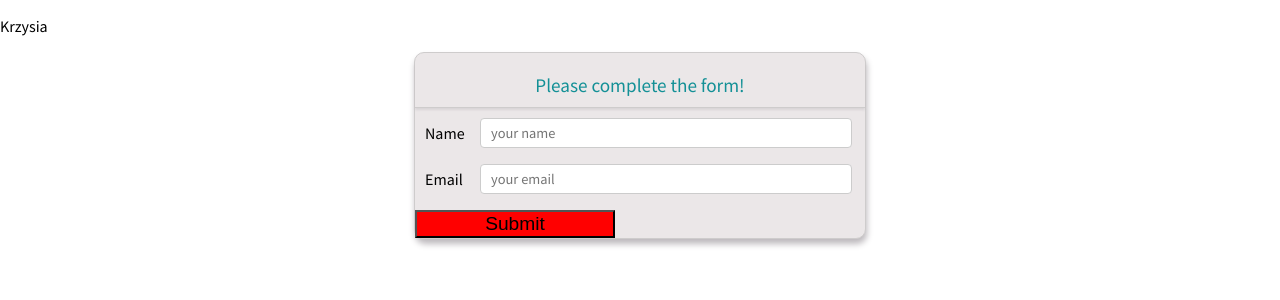
Repository: KrzysKolo/sr_tydzien4_zad2
Page: /
An editor plug-in stored every save of this project. The page is shown before and after the next save, followed by the edit.
The browser window is 1280 px wide. The pictures show the whole page.
The project was rebuilt for these pictures with package versions that can differ from the ones it lists, and the page was loaded fresh each time. Also part of the build but not shown: src/components/formComponents/ErrorMessage.js.

Above is the page before, as saved 2020-11-27 16:59:21.

### src/index.css
@import url("https://fonts.googleapis.com/css?family=Source+Sans+Pro");
body {
  margin: 0;
  font-family: "Source Sans Pro", sans-serif;
}

code {
  font-family: source-code-pro, Menlo, Monaco, Consolas, "Courier New",
    monospace;
}

### src/App.js
import React from 'react'
import Form from './components/Form';

function App() {
  return (
    <div>
      <p>Krzysia</p>
      <Form />
    </div>
  )
}

export default App

### src/components/Form.js
import React, { Component } from 'react';
import Input from './formComponents/Input';
import Button from './formComponents/Button';
import Header from './formComponents/Header';
import styled from 'styled-components';

const ContainerForm = styled.form`
width: 80%;
max-width: 450px;
background: rgb(235, 231, 232);
border: 1px solid rgb(206, 204, 204);
border-radius: 10px;
box-shadow: 1px 5px 6px rgb(189, 185, 189);
margin: 0 auto;
`;

class Form extends Component {

state = {
    Name: '',
    Email: '',
    message: '',
    errors: {
        Name: false,
        Email: false,
        }
}
message = {
    Name_incorrect: "Nazwa musi być dłuższa niż 5 znaków i nie może zawierać spacji",
    Email_incorrect: "Brak @ lub adres zawiera spacje",
}

handleChange = e =>{
    const inputName = e.target.name;
    const type = e.target.type
    if(type === "text" || type === "email") {
        const value = e.target.value;
        this.setState({
            [inputName] : value,
        })
    }
}
onSubmit = e => {
    e.preventDefault();
    const validation = this.formValidation();
    if(validation.correct) {
      this.setState({
        Name: "",
        Email: "",
        message: "Formularz został wysłany",
        errors: {
          Name: false,
          Email: false,
        }
      })
      console.log(this.state.message);
    } else {
      this.setState({
        errors: {
          Name: !validation.Name,
          Email: !validation.Email,
        }
      })
    }
}

formValidation = () => {
    let Name = false;
    let Email = false;
    let correct = false;
    if(this.state.Name.length > 5) {
      Name = true;
    }
    if(this.state.Email.indexOf('@') !== -1 && this.state.Email.lastIndexOf(' ') === -1) {
      Email = true;
    }
    if (Name && Email){
        correct = true;
      }
   return ({
      Name,
      Email,
      correct,

    })

  }

    render () {

    return (
        <ContainerForm onSubmit={this.onSubmit} noValidate>
          <Header />
          <Input type="text" placeholder="your name" value={this.state.Name} name="Name" onChange={this.handleChange} errorInfo={this.state.errors.Name} message={this.message.Name_incorrect} />
          <Input type="email" placeholder="your email" value={this.state.Email} name="Email" onChange={this.handleChange} errorInfo={this.state.errors.Email} message={this.message.Email_incorrect} />
          <Button type="submit" />
          {this.state.message && <p>{this.state.message}</p>}
        </ContainerForm>
    )
    }
}

export default Form

### src/components/formComponents/Input.js
import React from 'react'
import styled from 'styled-components';
import ErrorMessage from './ErrorMessage';
const InputDiv = styled.div`
    display: flex;
    flex-direction: row;
    align-content: center;
    margin: 6px auto;
`;
const InputLabel = styled.label`
    width: 10%;
    font-size: 1rem;
    padding: 5px 10px;
`;
const inputStyles = errorInfo => `
    width: 80%;
    max-width: 350px;
    padding: 5px 10px;
    border: 1px solid ${errorInfo ? '#d3170d' : '#ccc'};
    border-radius: 4px;
    font-family: inherit;
    font-size: 0.9rem;
    ${!errorInfo && 'margin-bottom: 10px;'}
`;
const InputError = styled.input`
    ${props => inputStyles(props.errorInfo)}
`;

const Input = (props) => {
    const { name, message, errorInfo }= props;
    return (
        <>
            <InputDiv>
                <InputLabel>{name} </InputLabel>
                <InputError {...props} errorInfo={errorInfo} message={message}/>
            </InputDiv>
            {errorInfo && <ErrorMessage message={message} /> }
        </>
    )

}

export default Input

### src/components/formComponents/Button.js
import React from 'react'
import styled from 'styled-components';

const BtnSubmit = styled.button`
 width: 200px;
 background: red;
 font-size: 1.2rem;
`;

const Button = () => {
    return (
        <BtnSubmit>Submit</BtnSubmit>
    )
}

export default Button;

### src/components/formComponents/Header.js
import React from 'react';
import styled from 'styled-components';

const HeaderTitle = styled.header`
    border-bottom: 1px solid rgb(206, 204, 204);
    box-shadow: 0 2px 2px rgba(189, 185, 189, 0.4);
    color: rgb(19, 144, 150);
    font-size: 1.2rem;
    font-wight: 900;
    padding: 10px;
    margin: 10px auto;
    text-align: center;

`;

const Header = () => {
    return (
        <HeaderTitle>
            Please complete the form!
        </HeaderTitle>
    )
}

export default Header;

Loaded but not shown: public/index.html (common file); src/index.js (common file)

After the next save:
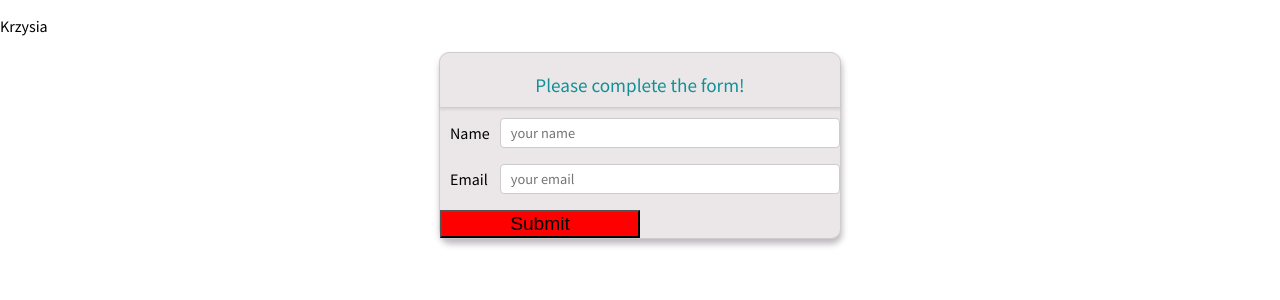
Saved 55 s later.
--- a/src/components/Form.js
+++ b/src/components/Form.js
@@ -6,7 +6,7 @@ import styled from 'styled-components';
 
 const ContainerForm = styled.form`
 width: 80%;
-max-width: 450px;
+max-width: 400px;
 background: rgb(235, 231, 232);
 border: 1px solid rgb(206, 204, 204);
 border-radius: 10px;
